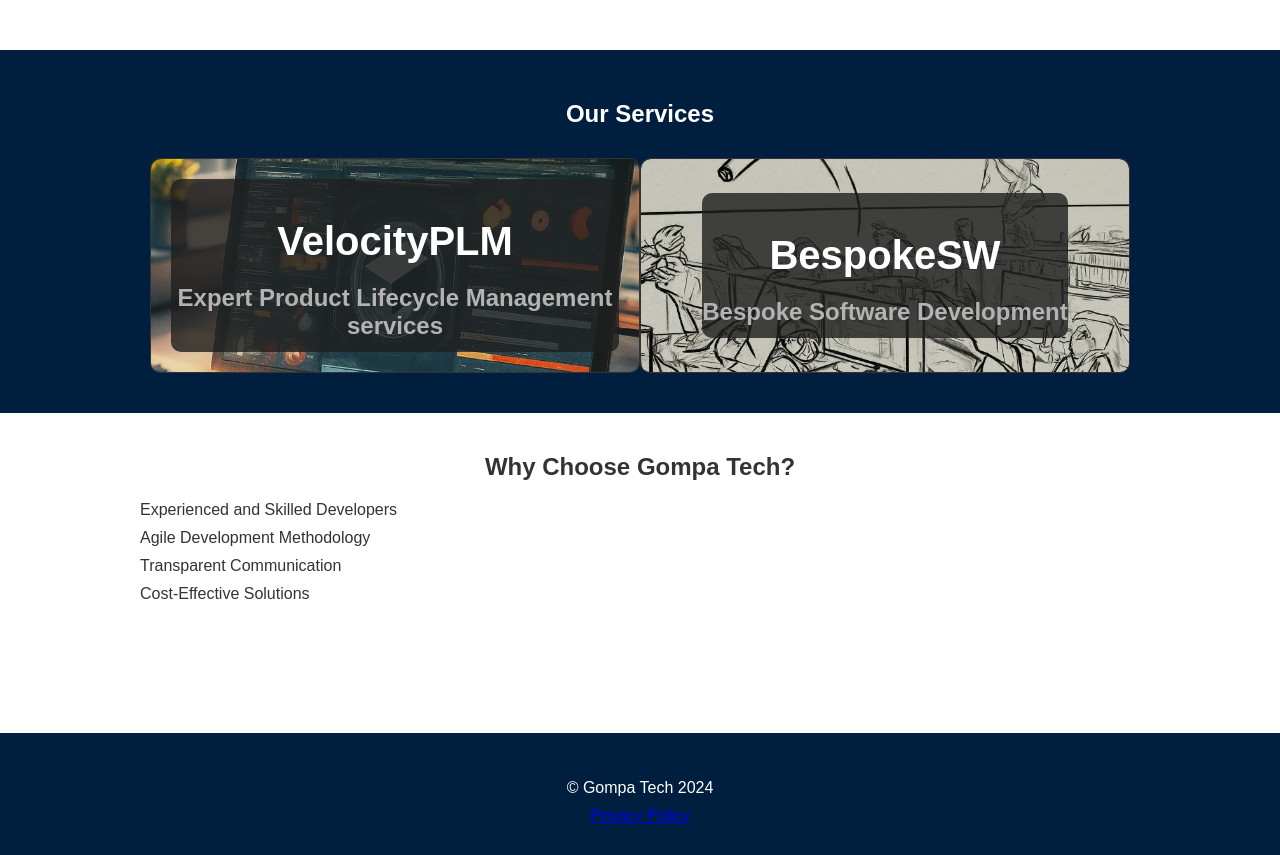
Repository: gompatech/website
Page: d3/index.html
The author's editor kept a copy of each file at every save. The page is drawn from the files as they stood at one save, then again after the next save.
The browser window is 1280 px wide. The pictures show the part of the page from y = 257 to 1112 px (the page is 1112 px tall).

Above is the page before, as saved 2024-07-24 21:52:07.

### d3/index.html
<!DOCTYPE html>
<html lang="en">
<head>
  <meta charset="UTF-8">
  <meta name="viewport" content="width=device-width, initial-scale=1.0">
  <title>Gompa Tech - Software Development Solutions</title>
  <link rel="stylesheet" href="./style.css">
</head>
<body>
  <header class="navy-bg">
    <div class="container">
      <a href="#" class="logo">Gompa Tech</a>
      <nav>
        <ul>
          <li><a href="#">Home</a></li>
          <li><a href="#">Services</a></li>
          <li><a href="#">About Us</a></li>
          <li><a href="#">Contact</a></li>
        </ul>
      </nav>
    </div>
  </header>

  <main>
    <section class="hero">
      <div class="container">
        <h1>Empowering Your Business with Innovative Software Solutions</h1>
        <p>We specialize in bespoke software development Product Lifecycle Managment software services.</p>
        <a href="#" class="button">Get a Free Quote</a>
        <img src="images/hero-bg.jpg" alt="Code Background Image" class="hero-img">
      </div>
    </section>

    <section class="services navy-bg">
      <div class="container">
        <h2>Our Services</h2>
          <div class="services">
            <div class="services-container">
                <div class="text-content">
                    <h1>VelocityPLM</h1>
                    <h2>Expert Product Lifecycle Management services</h2>
                </div>
                <img src="./images/vPLMold.jpg" alt="VelocityPLM Old" class="active">
                <img src="./images/vPLMnew.jpg" alt="VelocityPLM New" class="inactive">
            </div>
            <div class="services-container">
                <div class="text-content">
                    <h1>BespokeSW</h1>
                    <h2>Bespoke Software Development</h2>
                </div>
                <img src="./images/vPLMold.jpg" alt="VelocityPLM Old" class="active">
                <img src="./images/vPLMnew.jpg" alt="VelocityPLM New" class="inactive">
            </div>
        </div>
      </div>
    </section>

    <section class="benefits">
      <div class="container">
        <h2>Why Choose Gompa Tech?</h2>
        <ul>
          <li>Experienced and Skilled Developers</li>
          <li>Agile Development Methodology</li>
          <li>Transparent Communication</li>
          <li>Cost-Effective Solutions</li>
        </ul>
      </div>
    </section>
  </main>

  <footer class="navy-bg">
    <div class="container">
      <p>&copy; Gompa Tech 2024</p>
      <a href="#">Privacy Policy</a>
    </div>
  </footer>
</body>

<style>
  .services {
      font-family: Arial, sans-serif;
      margin: 0;
      padding: 0;
      display: flex;
      flex-wrap: wrap;
      justify-content: center;
      align-items: stretch;
     /*
      background-color: #121212;
      color: #ffffff;
      padding: 5px;
      */
      background-color: #001F3F;  /* Navy blue */
      color: #fff;
      padding: 10px;
  }
  .services-container {
      width: 50%;
      padding: 20px;
      border: 1px solid #333;
      border-radius: 10px;
      background-color: #1e1e1e;
      box-sizing: border-box;
      display: flex;
      flex-direction: column;
      align-items: center;
      justify-content: center;
      position: relative;
      overflow: hidden;
  }
  .services-container img {
      width: 100%;
      height: auto;
      max-height: 300px;
      object-fit: cover;
      border-radius: 10px;
      position: absolute;
      top: 0;
      left: 0;
      opacity: 0;
      transition: opacity 1s ease-in-out;
  }
  .services-container img.active {
      opacity: 1;
      z-index: 1;
  }
  .services-container img.inactive {
      z-index: 0;
  }
  .text-content {
      position: relative;
      z-index: 2;
      text-align: center;
      padding-top: 20px;
      background: rgba(30, 30, 30, 0.8);
      border-radius: 10px;
  }
  .services-container h1 {
      font-size: 2.5em;
      margin: 0.5em 0;
  }
  .services-container h2 {
      font-size: 1.5em;
      margin: 0.5em 0;
      color: #b3b3b3;
  }
  @media (max-width: 600px) {
      .services-container {
          width: 100%;
      }
      .services-container h1 {
          font-size: 2em;
      }
      .services-container h2 {
          font-size: 1.2em;
      }
  }
</style>

<script>
  let currentIndex = 0;
  const images = document.querySelectorAll('.services-container img');

  function showNextImage() {
      images[currentIndex].classList.remove('active');
      images[currentIndex].classList.add('inactive');
      currentIndex = (currentIndex + 1) % images.length;
      images[currentIndex].classList.remove('inactive');
      images[currentIndex].classList.add('active');
  }

  setInterval(showNextImage, 3000);
</script>

</html>

### d3/style.css
/* Basic styles */
body {
  font-family: sans-serif;
  margin: 0;
  padding: 0;
}

.container {
  max-width: 1000px;
  margin: 0 auto;
  padding: 20px;
}

/* Header */
header {
  background-color: #001F3F;  /* Navy blue */
  color: #fff;
  padding: 10px 0;
}

.logo {
  font-size: 2em;
  font-weight: bold;
  text-decoration: none;
  color: #fff;
}

nav {
  float: right;
}

nav ul {
  list-style: none;
  margin: 0;
  padding: 0;
}

nav li {
  display: inline-block;
  margin-left: 20px;
}

nav a {
  color: #fff;
  text-decoration: none;
  padding: 5px 10px;
}

nav a:hover {
  background-color: #2F4F4F; /* Darker navy blue on hover */
  transition: background-color 0.3s ease;
}

/* Main content */
main {
  padding-bottom: 50px;
  color: #333;
}

section {
  margin-bottom: 50px;
}

h1, h2 {
  text-align: center;
  margin-bottom: 20px;
}

.hero {
  position: relative;
}

.hero-img {
  position: absolute;
  top: 0;
  left: 0;
  width: 100%;
  height: 100%;
  opacity: 0.3; /* Set the transparency level for the background image */
}

.service-card {
  display: flex;
  align-items: center;
  margin-bottom: 20px;
  padding: 20px;
  border: 1px solid #ddd;
  border-radius: 5px;
}

.service-card img {
  width: 100px;
  margin-right: 20px;
}

.benefits ul {
  list-style: none;
  margin: 0;
  padding: 0;
}

.benefits li {
  margin-bottom: 10px;
}

/* Footer */
footer {
  background-color: #001F3F;
  color: #fff;
  padding: 10px 0;
  text-align: center;
}

footer p {
  margin-bottom: 10px;
}

After the next save:
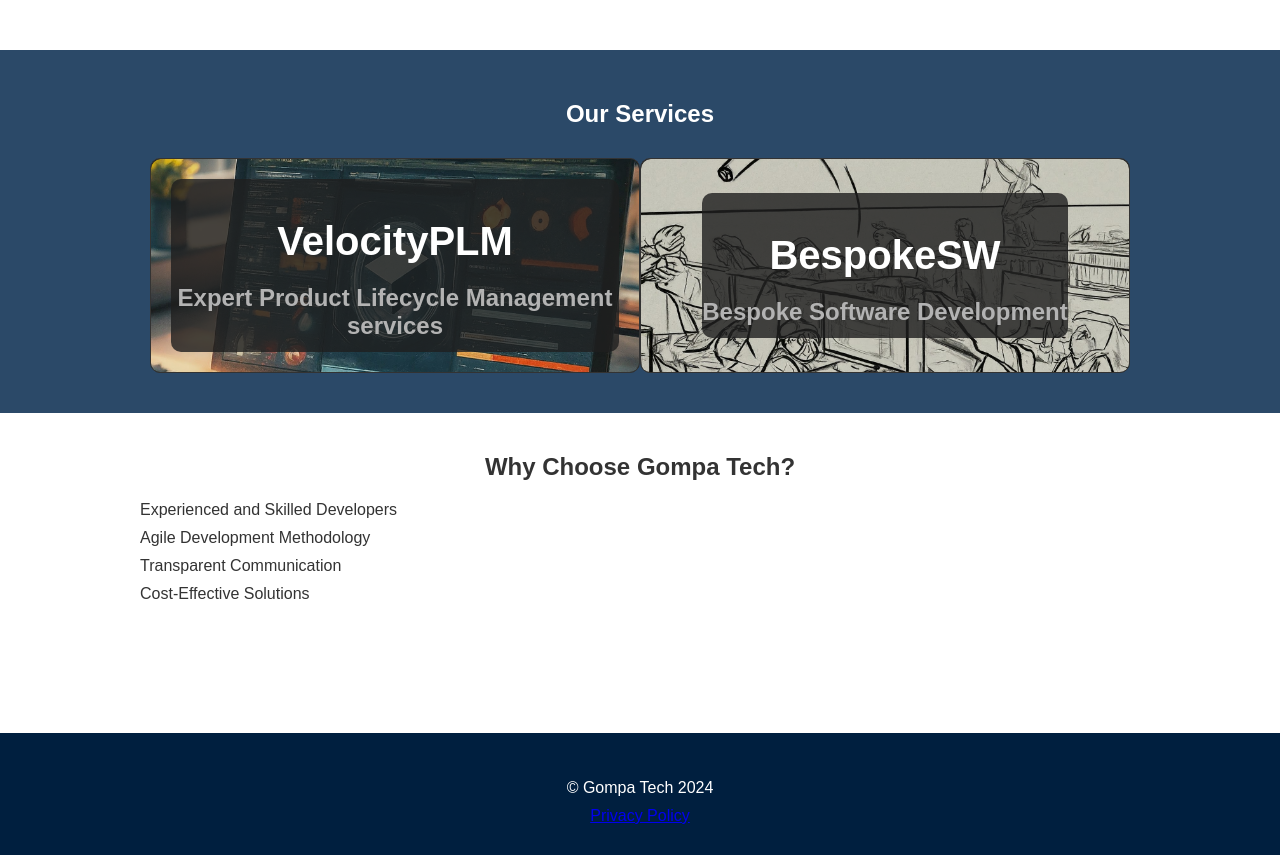
Saved 24 s later.
--- a/d3/index.html
+++ b/d3/index.html
@@ -90,7 +90,7 @@
       color: #ffffff;
       padding: 5px;
       */
-      background-color: #001F3F;  /* Navy blue */
+      background-color: #2b4968;  /* Navy blue */
       color: #fff;
       padding: 10px;
   }
